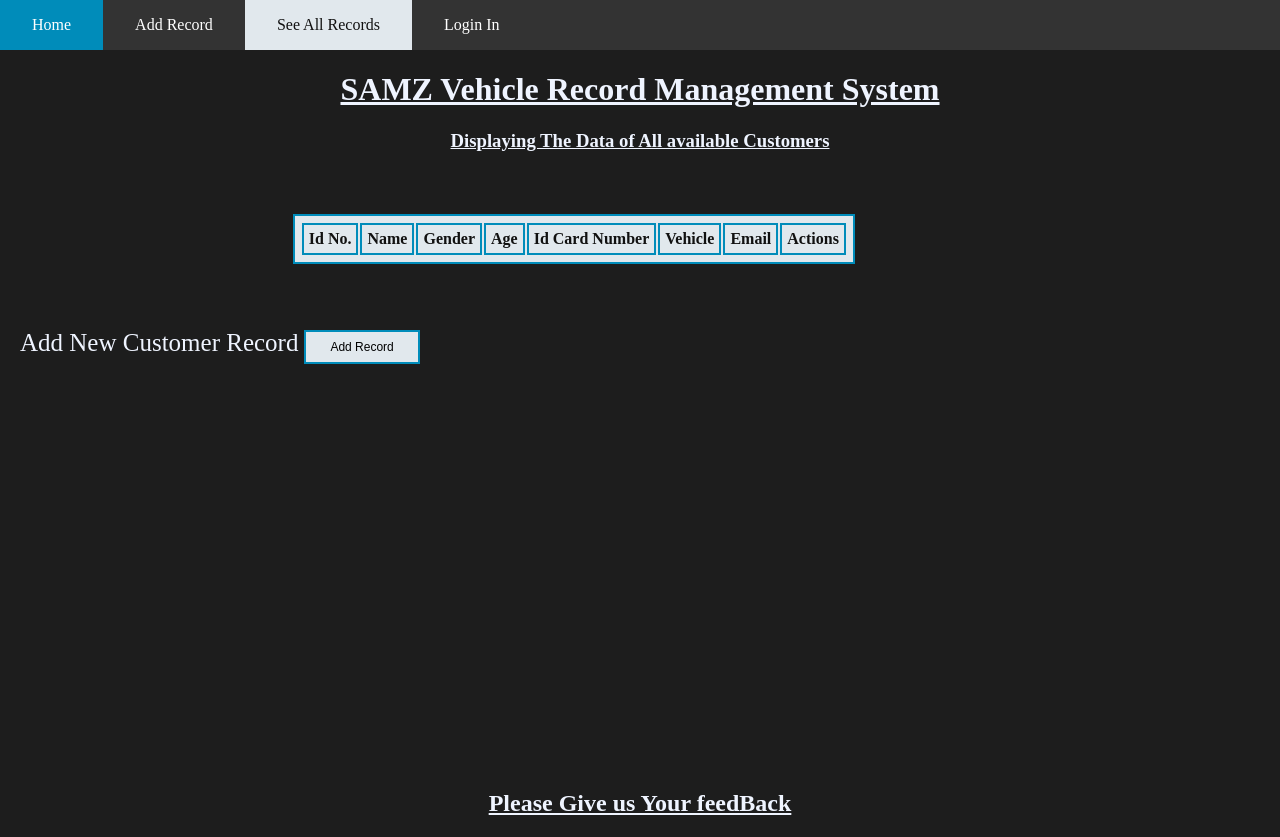
Repository: MUHAMMAD-SAQIB-2000/SpringBoot
Page: http://localhost/WebServiceRecordManagementSystem/CustomerList.jsp
An editor plug-in stored every save of this project. The page is shown before and after the next save, followed by the edit.
The browser window is 1280 px wide. The pictures show the whole page.
The page is served by Tomcat 9. The template is opened directly, without the code that normally fills it, so the values that code supplies are empty.

Above is the page before, as saved 2020-08-12 14:30:41.

After the next save:
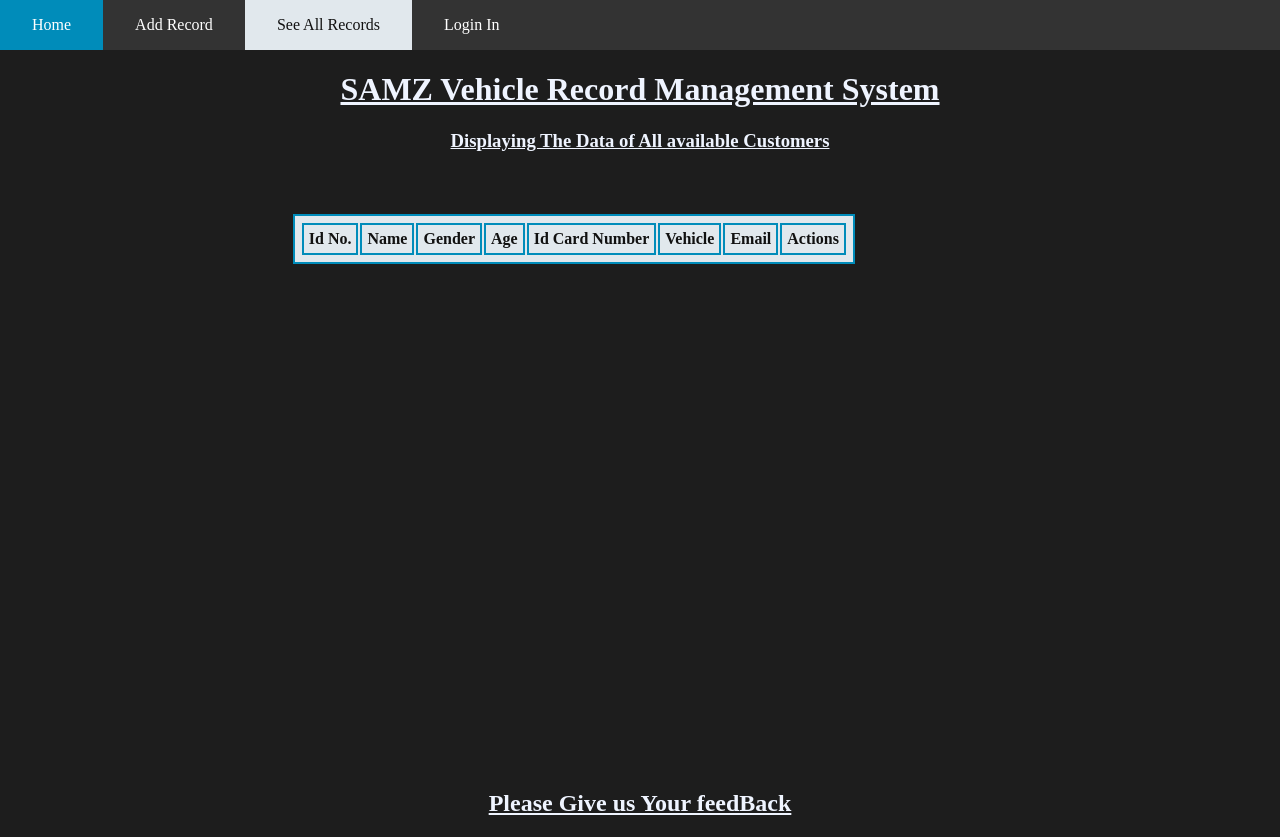
Saved 91 s later.
--- a/WebServiceRecordManagementSystem/src/main/webapp/CustomerList.jsp
+++ b/WebServiceRecordManagementSystem/src/main/webapp/CustomerList.jsp
@@ -58,10 +58,6 @@
 					</tbody>
 				</table>
 			</div>
-			<label class="title">Add New Customer Record</label>
-			<button class="button button2"
-				onclick="window.location.href = '${pageContext.request.contextPath}/addCustomerForm' ">Add
-				Record</button>
 		</div>
 		<h2 class="h">Please Give us Your feedBack</h2>
 	</main>
